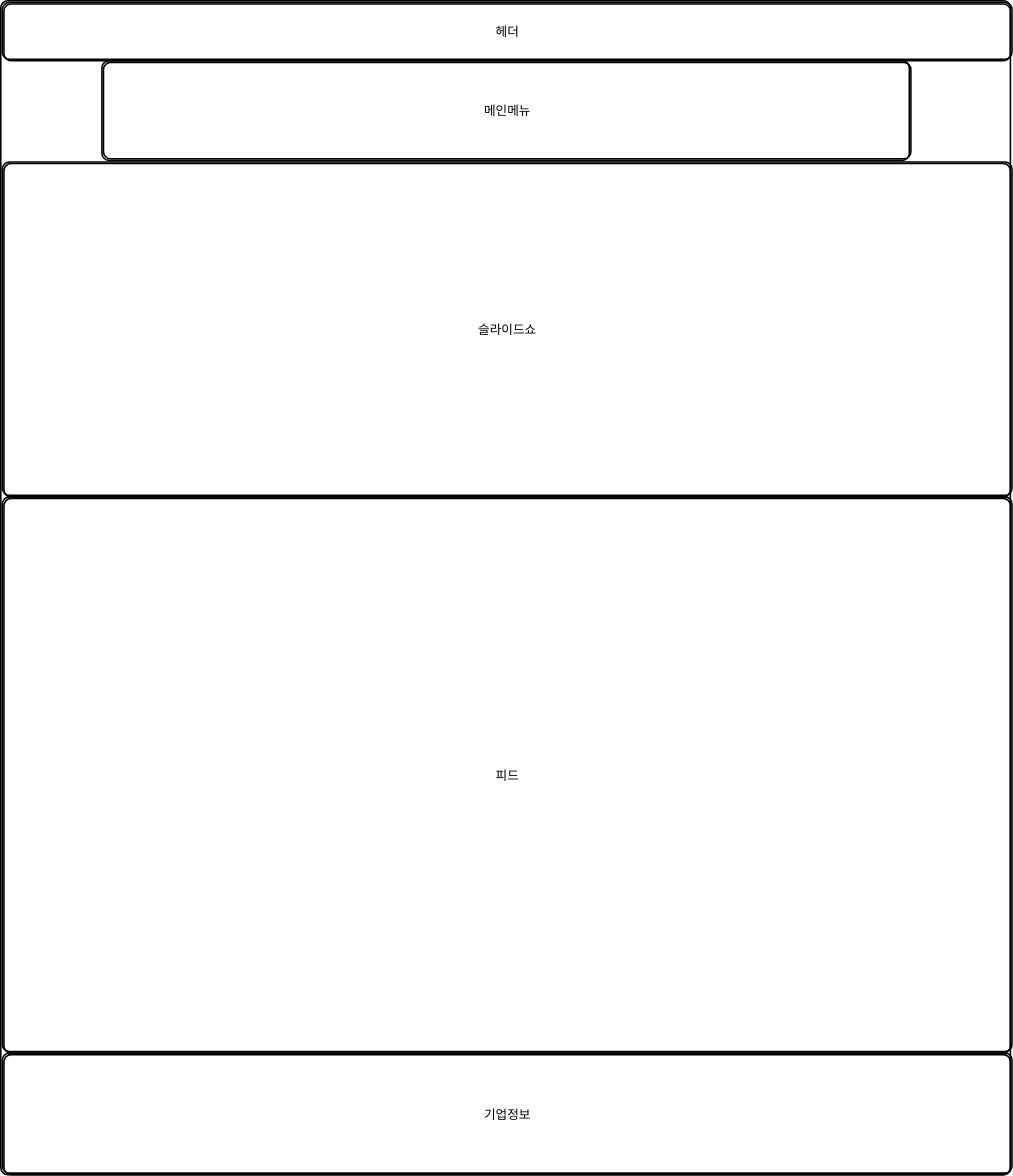
Repository: JHooniie/mini-Project
Page: http://localhost/Project-UIUX/index.jsp
These files come from the project's save history. The page is drawn as it stood at one moment and after the next save; the edit follows.
The browser window is 1280 px wide. The page is 1282 px wide, then 1280 px, so the pictures cover 1282 px, including what lies to the right of the window. The pictures show the whole page, at 79% of full size.
The page is served by Tomcat 9.

Above is the page before, as saved 2022-07-02 08:40:39.

### Project-UIUX/src/main/webapp/index.jsp
<%@ page language="java" contentType="text/html; charset=UTF-8"
    pageEncoding="UTF-8"%>
<% request.setCharacterEncoding("UTF-8");%>
<!DOCTYPE html>
<html>
	<head>
		<meta charset="UTF-8">
		<title>Insert title here</title>
		<link rel="stylesheet" type="text/css" href="css/common.css">
		<link rel="stylesheet" type="text/css" href="css/menu.css">
		<link rel="stylesheet" type="text/css" href="css/index.css">
		<script src="js/jquery-3.6.0.min.js"></script>
		<script src="js/mainPage/subMenu.js"></script>
	</head>
	<body>
	<div id="wrap">
	<header>
		<div id="top-headBox">
			<div>
			헤더
			</div>
	 	</div>
	</header>
	 <nav>
		<div id="menuBox">
			<div id="mainMenuBox">
			메인메뉴
			</div>
			<div id="subMenuBox">
			서브메뉴
			</div>
	 	</div>
	 </nav>
	 <section>
	 	<article>
		<div id="slideBox">
			<div>
			슬라이드쇼
			</div>
	 	</div>
	 	</article>
	 	<article>
		<div id="feed">
			<div>
			피드
			</div>
	 	</div>
	 	</article>
	 </section>
	 <footer>
	 	<div id="ent-info">
			<div>
			기업정보
			</div>
	 	</div>
	 </footer>
	</div>
	</body>
</html>

### Project-UIUX/src/main/webapp/css/common.css
@charset "UTF-8";

*{
	margin:0;
	padding:0;
	text-align:center;
		}

wrap {
	position:relative;
	margin:0;
		}

### Project-UIUX/src/main/webapp/css/index.css
@charset "UTF-8";

div {
	border:solid black 2px;
	border-radius:10px;
}

ul {
	type:none;
}
/*******************탑 박스***********************/
#top-headBox{
	width:100%;
	height:70px;
	line-height:70px;
	margin:0;
}
/********************메뉴박스***********************/
#menuBox{
	position:relative;
	width:80%;
	margin:0 auto;
}

#mainMenuBox{
	position:relative;
	width:100%;
	height:120px;
	line-height:120px;
	margin:0;
}

#subMenuBox{
	position:absolute;
	width:100%;
	height:220px;
	line-height:220px;
	z-index:10;
	margin:0;
	visibility:hidden;

}

/*******************섹션*************************/
#slideBox{
	position:relative;
	width:100%;
	height:420px;
	line-height:420px;
	margin:0;
}

#feed{
	position:relative;
	width:100%;
	height:700px;
	line-height:700px;
	margin:0;
}

/*****************footer************************/

#ent-info{
	position:relative;
	width:100%;
	height:150px;
	line-height:150px;
	margin:0;
}

### Project-UIUX/src/main/webapp/js/mainPage/subMenu.js
/**
 *
 */
 $(document).ready(function() {
  $('#mainMenuBox').hover(function(){
						$('#subMenuBox').css('visibility', 'visible');
						},
						function(){
						$('#subMenuBox').css('visibility', 'hidden');
						});
});

Loaded but not shown: Project-UIUX/src/main/webapp/css/menu.css (common file); Project-UIUX/src/main/webapp/js/jquery-3.6.0.min.js (library)

After the next save:
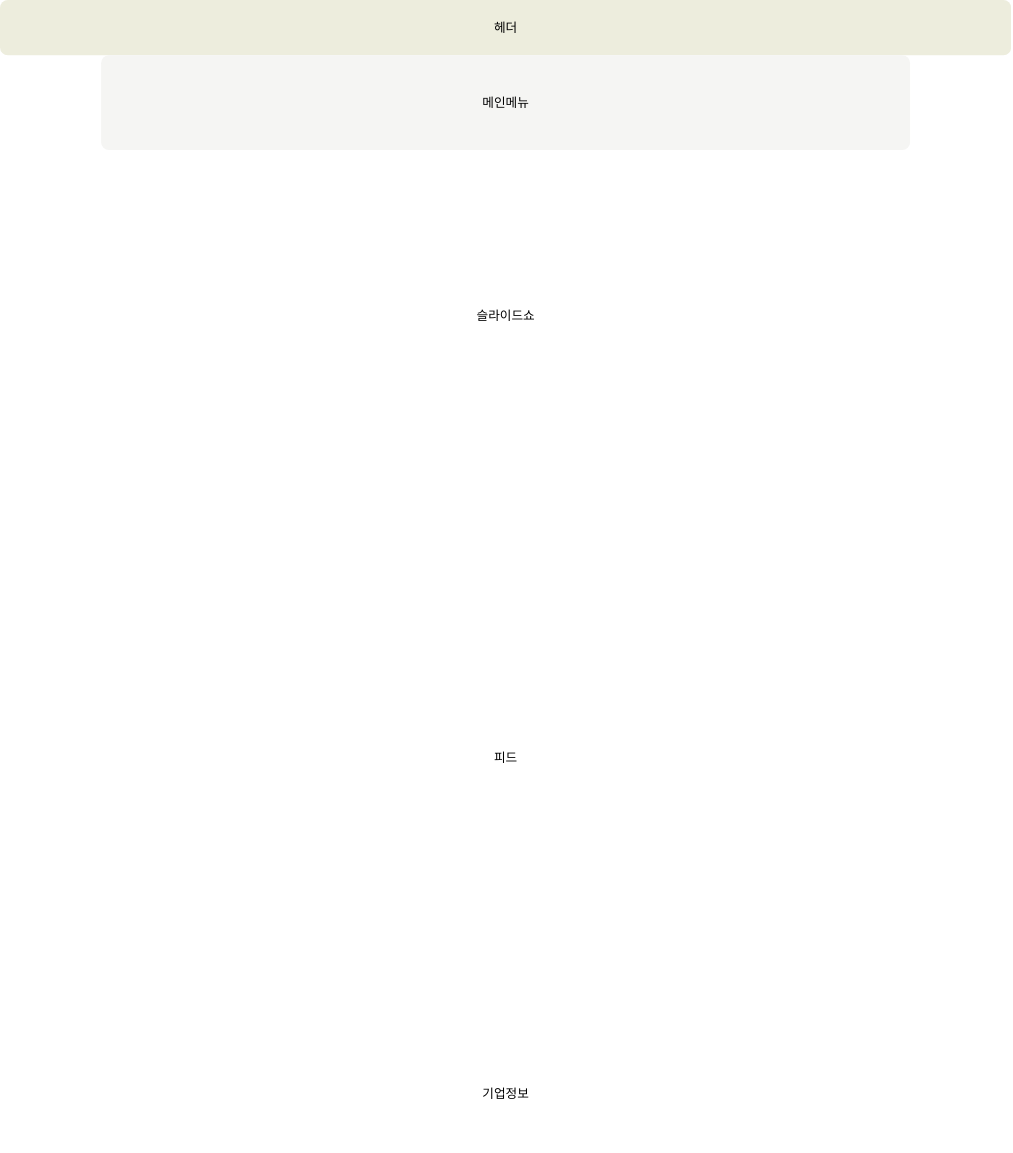
Saved 2 min 43 s later.
--- a/Project-UIUX/src/main/webapp/css/index.css
+++ b/Project-UIUX/src/main/webapp/css/index.css
@@ -1,7 +1,6 @@
 @charset "UTF-8";
 
 div {
-	border:solid black 2px;
 	border-radius:10px;
 }
 
@@ -14,6 +13,7 @@ ul {
 	height:70px;
 	line-height:70px;
 	margin:0;
+	background-color:#ededdd;
 }
 /********************메뉴박스***********************/
 #menuBox{
@@ -28,6 +28,7 @@ ul {
 	height:120px;
 	line-height:120px;
 	margin:0;
+	background-color:#f5f5f3;
 }
 
 #subMenuBox{
